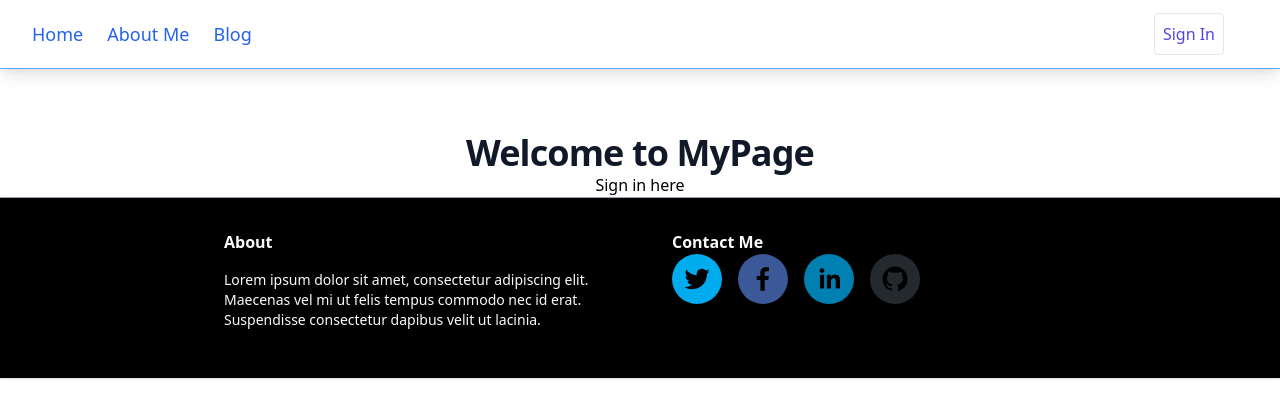
Repository: rushilramesh/portfolio-page
Page: /
An editor plug-in stored every save of this project. The page is shown before and after a run of saves, followed by the edit.
The browser window is 1280 px wide. The pictures show the whole page.
The project was rebuilt for these pictures with package versions that can differ from the ones it lists, and the page was loaded fresh each time. The framework's server and built-in components were replaced by stand-ins that run in the browser. Also part of the build but not shown: next.config.js.

Above is the page before, as saved 2021-05-21 02:31:54.

### pages/_app.tsx
import '../styles/globals.css'


function MyApp({ Component, pageProps }) {
  let loggedIn: boolean = false;

  return (

    <Component {...pageProps} />

  )

}

export default MyApp

### pages/index.tsx
import Head from 'next/head'
import Image from 'next/image'
import Link from 'next/link'
import Layout from '../components/Layout'
import utilStyles from '../styles/utils.module.css'

export default function Home() {
  return (
    <Layout>
      <Head>
        <title>Personal Portfolio</title>
      </Head>
      <div className="container mx-auto mt-16 text-center bg-white border-gray-100" >

        <h1 className="text-4xl tracking-tight font-extrabold text-gray-900">Welcome to MyPage</h1>
        <Link href='/login'>
          <a className="mt-4">Sign in here</a>
        </Link>
      </div>
    </Layout>

  )
}

### components/Layout.tsx
import Nav from './Nav'
import Footer from './Footer'
import utilStyles from '../styles/utils.module.css'
import Link from 'next/link'
import { SocialIcon } from 'react-social-icons';

const Layout = ({children, loggedIn} : {children: React.ReactNode, loggedIn?: boolean}) => {
    return (
        <div className="flex flex-col width-screen height-screen">
        <Nav />
        <div className="container mx-auto text-center">
            <main>{children}</main>
        </div>
        <footer className="bg-black border-t border-gray-400 shadow mb-16 text-gray-50">
            <div className="container max-w-4xl mx-auto flex py-8 space-y-4ß">
                <div className="flex w-full md:w-1/2 ">
                    <div className="px-8">
                        <h3 className="font-bold text-gray-50">About</h3>
                        <p className="py-4 text-gray-50 text-sm">
                            Lorem ipsum dolor sit amet, consectetur adipiscing elit. Maecenas vel mi ut felis tempus commodo nec id erat. Suspendisse consectetur dapibus velit ut lacinia.
                        </p>
                    </div>
				</div>

                <div className="flex w-full md:w-1/2 ">
					<div className="px-8">
						<h3 className="font-bold text-gray-50">Contact Me</h3>
						<div className="container justify-center inline-flex space-x-4">
                            <a href='https://twitter.com/?lang=en'><SocialIcon network="twitter" /></a>
                            <a href='https://www.facebook.com/'><SocialIcon network="facebook" /></a>
                            <a href='https://www.linkedin.com/in/rushil-ramesh-2a8404209/'><SocialIcon network="linkedin" /></a>
                            <a href='https://github.com/rushilramesh'><SocialIcon network="github" /></a>
                        </div>
					</div>
				</div>
            </div>
        </footer>
        </div>
    )
}

export default Layout;

### components/Nav.tsx
/* This example requires Tailwind CSS v2.0+ */
import Link from 'next/link'

const navs = [
   {name: 'Home', href: '/'},
   {name: 'About Me', href: './about'},
   {name: 'Blog', href: './blog'}
]


export default function Nav({loggedIn} : {loggedIn?: boolean}) {

  return (
    <nav id="header" className="w-full z-30 top-10 py-1 bg-white shadow-lg border-b border-blue-400 mt-15">
      <div className="w-full flex items-center justify-between mt-0 px-6 py-2">
       <label  className="cursor-pointer md:hidden block">
          <svg className="fill-current text-blue-600" xmlns="http://www.w3.org/2000/svg" width="20" height="20" viewBox="0 0 20 20">
             <title>menu</title>
             <path d="M0 3h20v2H0V3zm0 6h20v2H0V9zm0 6h20v2H0v-2z"></path>
          </svg>
       </label>
       <input className="hidden" type="checkbox" id="menu-toggle"/>

       <div className="hidden md:flex md:items-center md:w-auto w-full order-3 md:order-1" id="menu">
          <nav>
             <ul className="md:flex items-center justify-between text-base text-blue-600 pt-4 md:pt-0">
                {navs.map((item) => (
                <li key={item.name} >
                  <Link href={item.href}>
                     <a className="inline-block no-underline hover:text-black font-medium text-lg py-2 px-4 lg:-ml-2" >{item.name}</a>
                  </Link>
                </li>))}
             </ul>
          </nav>
       </div>

       <div className="order-2 md:order-3 flex flex-wrap items-center justify-end mr-0 md:mr-4" id="nav-content">
          <div className="auth flex items-center w-full md:w-full">
             <button className="bg-white text-indigo-600  p-2 rounded border mr-4 hover:bg-gray-100 hover:text-indigo-700">
               { !loggedIn ? (
                  <Link href="./login">
                     <a>Sign In</a>
                  </Link>) : (
                     <Link href="/">
                        <a>Sign Out</a>
                     </Link>
                  )
               }
             </button>
          </div>
       </div>
      </div>
    </nav>
  )
}

### tailwind.config.js
module.exports = {

  purge: ['./pages/**/*.{js,ts,jsx,tsx}', './components/**/*.{js,ts,jsx,tsx}'],
  darkMode: false, // or 'media' or 'class'
  theme: {
    extend: {
      backgroundImage: theme => ({
        'main-background': "url('/images/background-photo.jpeg')",
      })
    },
  },
  variants: {
    extend: {
      justifyItems: ['hover', 'focus'],
    },
  },
  plugins: [],
}

Loaded but not shown: styles/globals.css (common file)

After the next 2 saves:
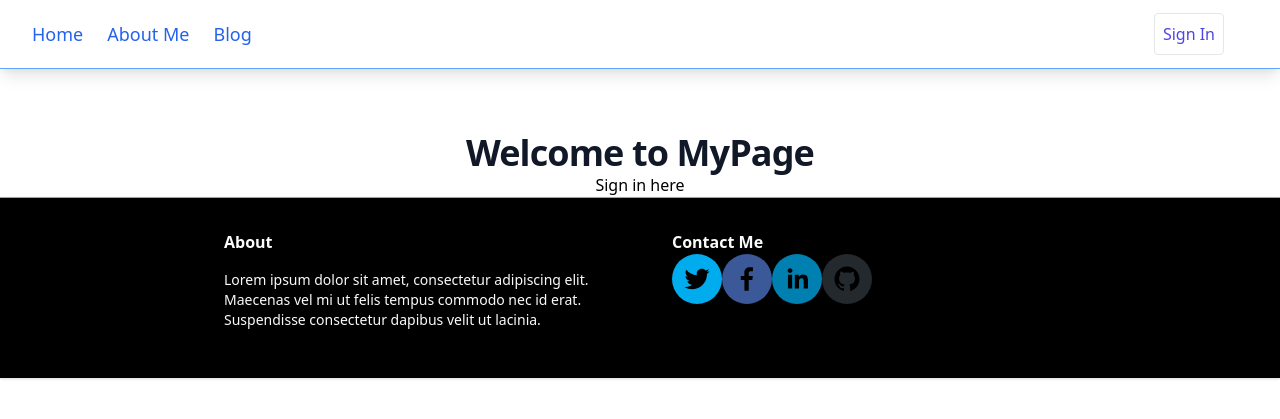
The 2 saves are shown as one change because they came seconds apart.
The last was saved 4 min 41 s later.
--- a/components/Layout.tsx
+++ b/components/Layout.tsx
@@ -25,7 +25,7 @@ const Layout = ({children, loggedIn} : {children: React.ReactNode, loggedIn?: bo
                 <div className="flex w-full md:w-1/2 ">
 					<div className="px-8">
 						<h3 className="font-bold text-gray-50">Contact Me</h3>
-						<div className="container justify-center inline-flex space-x-4">
+						<div className="container justify-center inline-flex mt-16space-x-4">
                             <a href='https://twitter.com/?lang=en'><SocialIcon network="twitter" /></a>
                             <a href='https://www.facebook.com/'><SocialIcon network="facebook" /></a>
                             <a href='https://www.linkedin.com/in/rushil-ramesh-2a8404209/'><SocialIcon network="linkedin" /></a>
